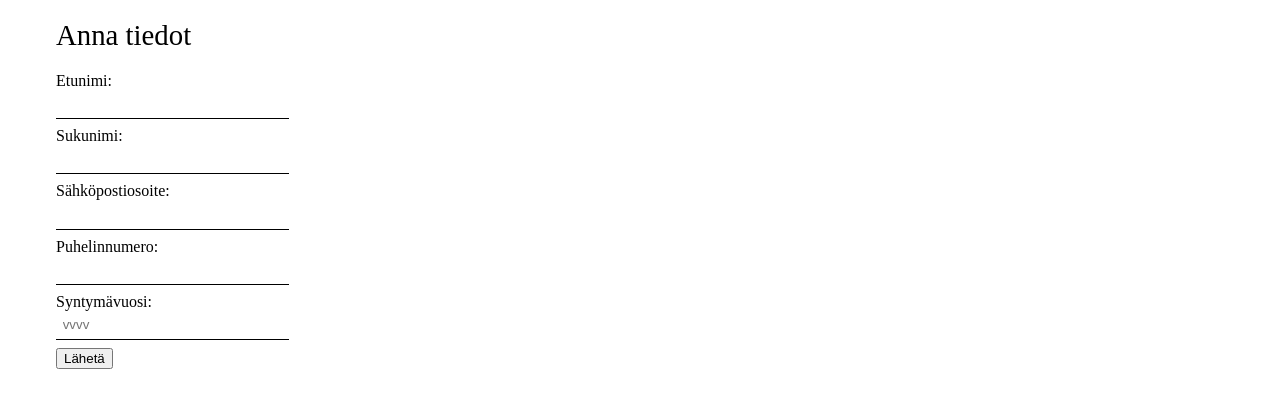
Repository: sirkian/ohj2-t4
Page: http://localhost/Tehtava3/kysy.jsp
An editor plug-in stored every save of this project. The page is shown before and after the next save, followed by the edit.
The browser window is 1280 px wide. The pictures show the whole page.
The page is served by Tomcat 9.

Above is the page before, as saved 2022-03-23 13:28:20.

After the next save:
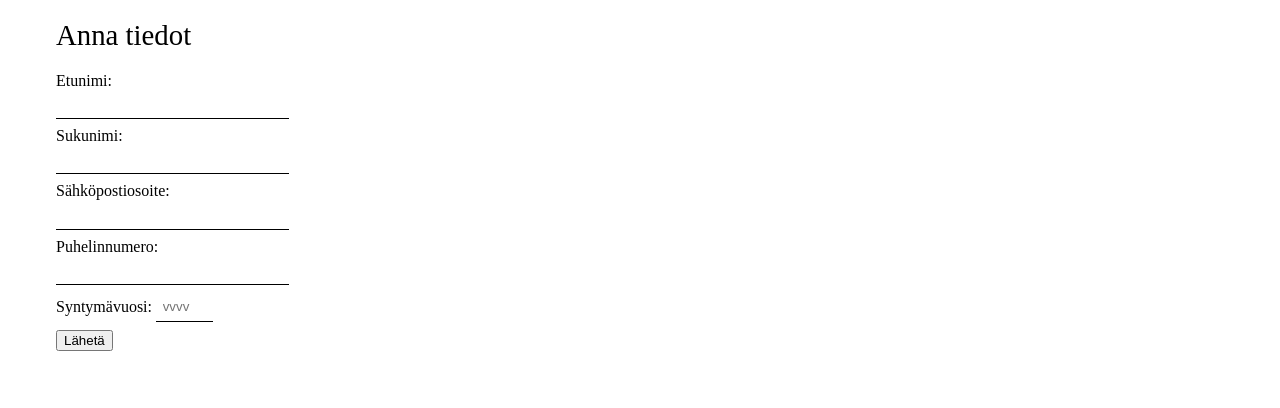
Saved 15 s later.
--- a/Tehtava3/src/main/webapp/kysy.jsp
+++ b/Tehtava3/src/main/webapp/kysy.jsp
@@ -20,7 +20,7 @@
 		padding: .5em;
 		margin-bottom: .6em;
 	}
-	.vuosi {
+	#vuosi {
 		width: 20%
 	}
 	h1 {
@@ -37,7 +37,7 @@
 			Sukunimi: <input type="text" name="sukunimi"><br>
 			Sähköpostiosoite: <input type="email" name="email"><br>
 			Puhelinnumero: <input type="text" name="puhelin"><br>
-			Syntymävuosi: <input class="vuosi" type="text" name="svuosi" placeholder="vvvv"><br>
+			Syntymävuosi: <input id="vuosi" type="text" name="svuosi" placeholder="vvvv"><br>
 			<input type="submit" value="Lähetä">
 		</form>
 	</div>
